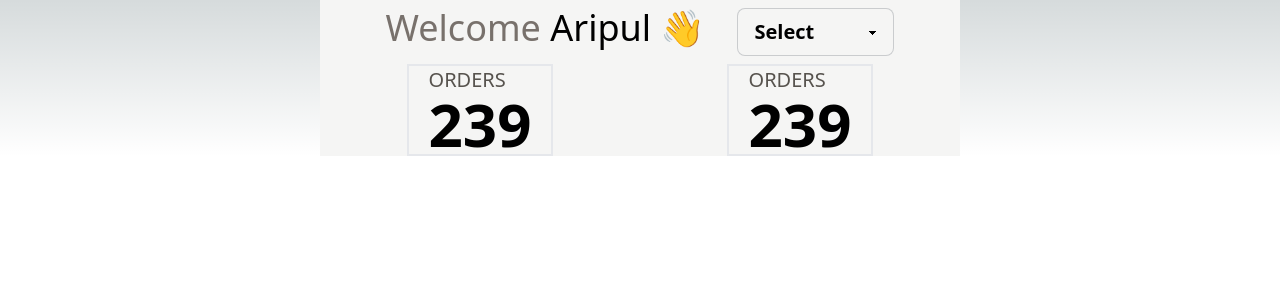
Repository: mehedi9465/nextapp
Page: /Dashboard
The author's editor kept a copy of each file at every save. The page is drawn from the files as they stood at one save, then again after the next save.
The browser window is 1280 px wide. The pictures show the whole page.
The project was rebuilt for these pictures with package versions that can differ from the ones it lists, and the page was loaded fresh each time. The framework's server and built-in components were replaced by stand-ins that run in the browser. Also part of the build but not shown: next.config.js, Components/Navbar.js.

Above is the page before, as saved 2023-03-04 15:17:07.

After the next save:
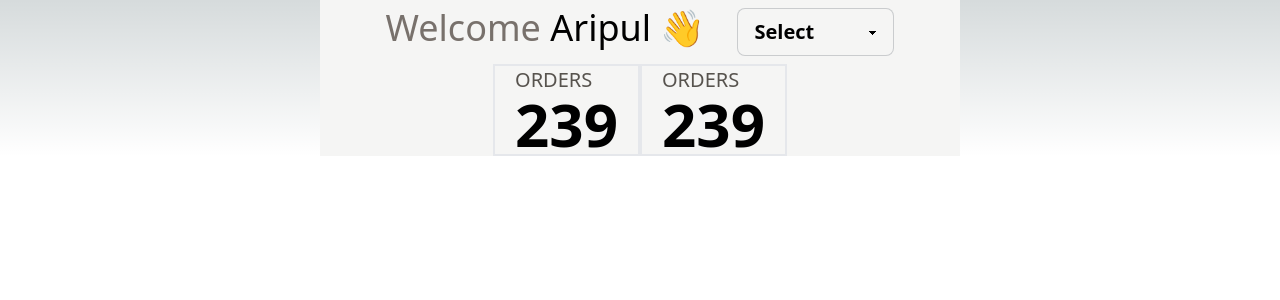
Saved 15 s later.
--- a/pages/Dashboard/index.js
+++ b/pages/Dashboard/index.js
@@ -20,7 +20,7 @@ const index = () => {
             <option>Yesterday</option>
           </select>
         </div>
-        <div className="flex justify-around">
+        <div className="flex justify-center">
           <div className="border-2 justify-start px-5">
             <p className="uppercase text-stone-600 font-normal text-xl">
               Orders
